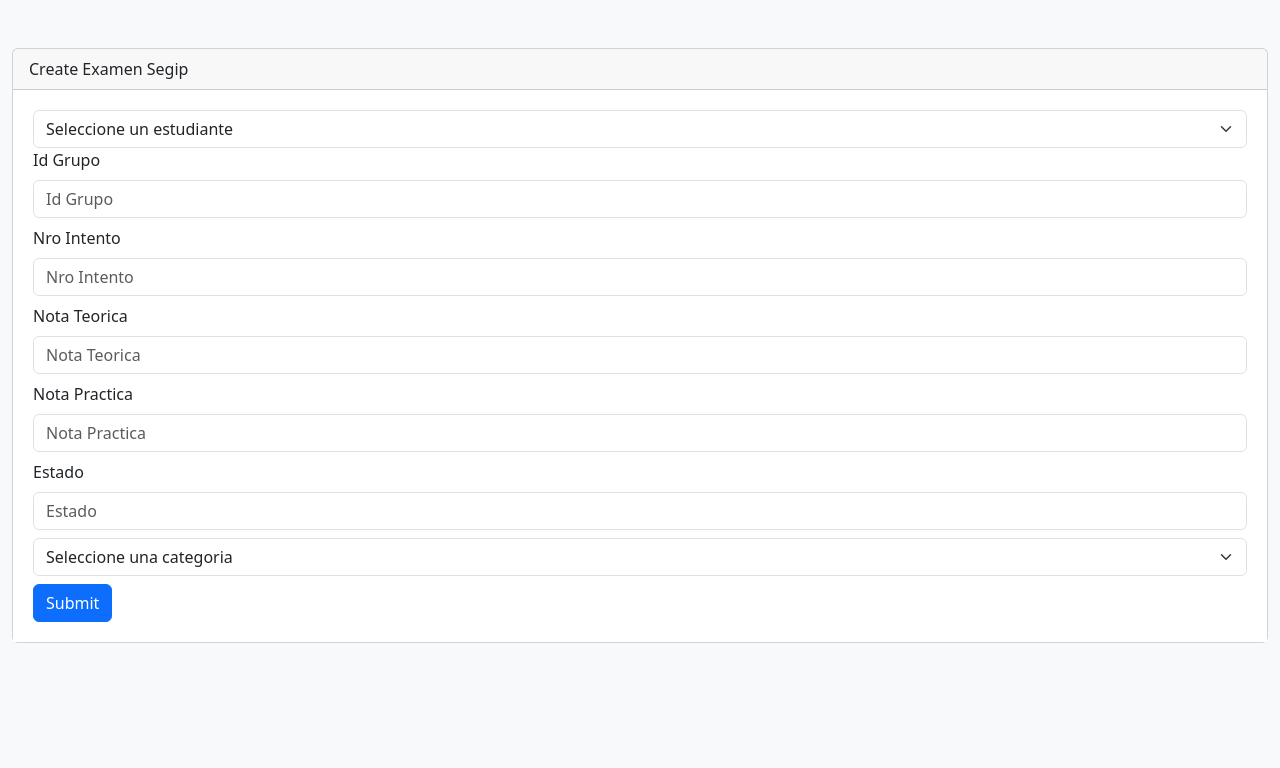
Repository: iAngie28/autoescuela-unido
Page: http://localhost/examen-segips/create
An editor plug-in stored every save of this project. The page is shown before and after the next save, followed by the edit.
The browser window is 1280 px wide. The pictures show the whole page.
The page is served by the project's Laravel application, run on PHP 8.4 with Laravel 12. Queries for data that is not in the repository find no rows.

Above is the page before, as saved 2025-05-07 04:19:12.

After the next save:
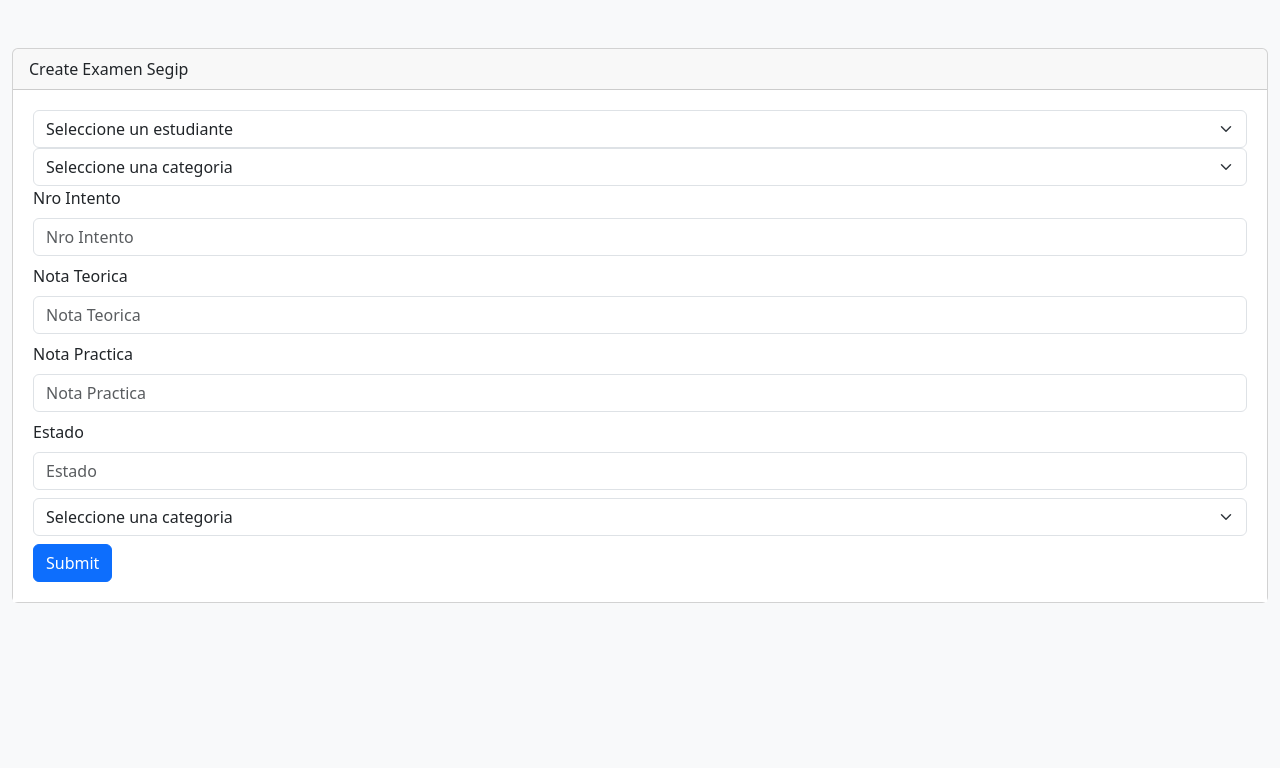
Saved 2 min 45 s later.
--- a/resources/views/examen-segip/form.blade.php
+++ b/resources/views/examen-segip/form.blade.php
@@ -9,11 +9,14 @@
                 </option>
             @endforeach
         </select>
-        <div class="form-group mb-2 mb20">
-            <label for="id_grupo" class="form-label">{{ __('Id Grupo') }}</label>
-            <input type="text" name="id_grupo" class="form-control @error('id_grupo') is-invalid @enderror" value="{{ old('id_grupo', $examenSegip?->id_grupo) }}" id="id_grupo" placeholder="Id Grupo">
-            {!! $errors->first('id_grupo', '<div class="invalid-feedback" role="alert"><strong>:message</strong></div>') !!}
-        </div>
+        <select name="id_grupo" id="id_grupo" class="form-select @error('id_grupo') is-invalid @enderror">
+            <option value="">Seleccione una categoria</option>
+            @foreach ($grupos as $grupos)
+                <option value="{{ $grupos->id }}" {{ old('id_grupo') == $grupos->id ? 'selected' : '' }}>
+                    {{ $grupos->id }}
+                </option>
+            @endforeach
+        </select>
         <div class="form-group mb-2 mb20">
             <label for="nro_intento" class="form-label">{{ __('Nro Intento') }}</label>
             <input type="text" name="nro_intento" class="form-control @error('nro_intento') is-invalid @enderror" value="{{ old('nro_intento', $examenSegip?->nro_intento) }}" id="nro_intento" placeholder="Nro Intento">
@@ -43,6 +46,7 @@
             @endforeach
         </select>
 
+
     </div>
     <div class="col-md-12 mt20 mt-2">
         <button type="submit" class="btn btn-primary">{{ __('Submit') }}</button>
